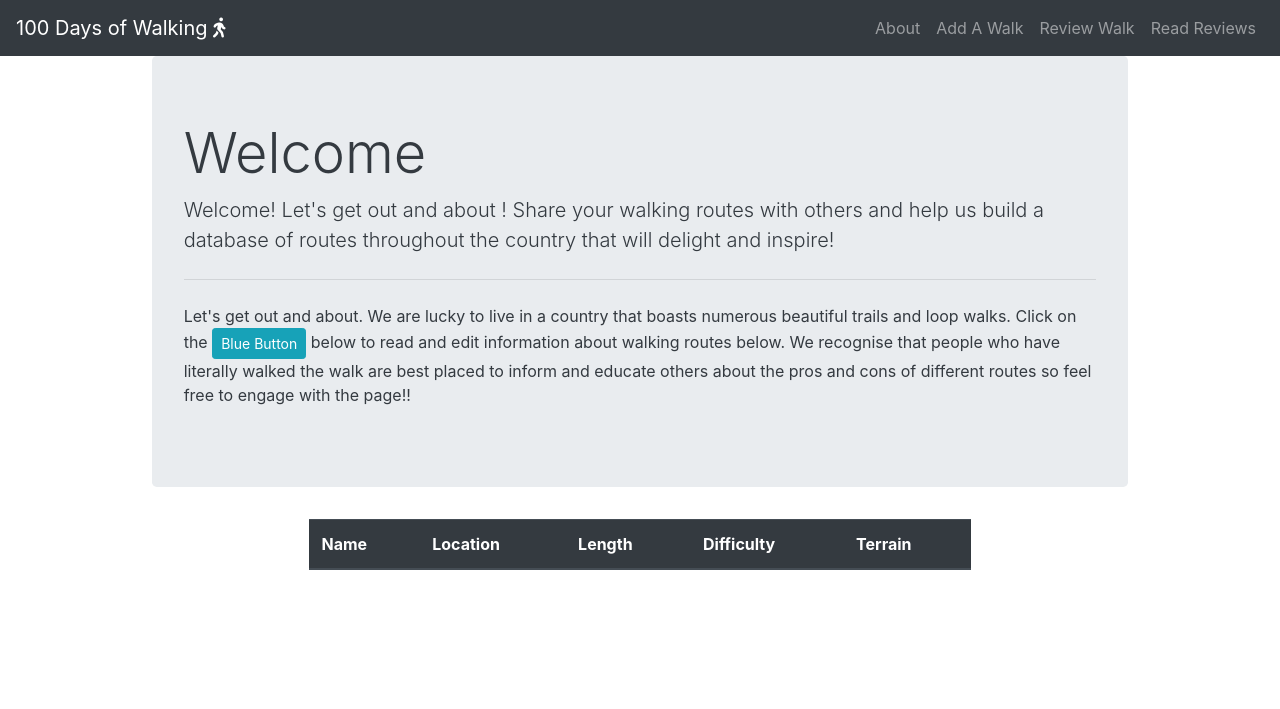
Repository: 5803emma/days-of-walking
Page: http://localhost/
The author's editor kept a record of every edit. The page is drawn from the files as they stood at one moment, then again after the next edit.
The browser window is 1280 px wide. The pictures show the whole page.
Some web libraries are served in a nearby version. The page is served by the project's application, run on Flask 3 (app.py). Queries for data that is not in the repository find no rows.

Above is the page before.

After the next edit:
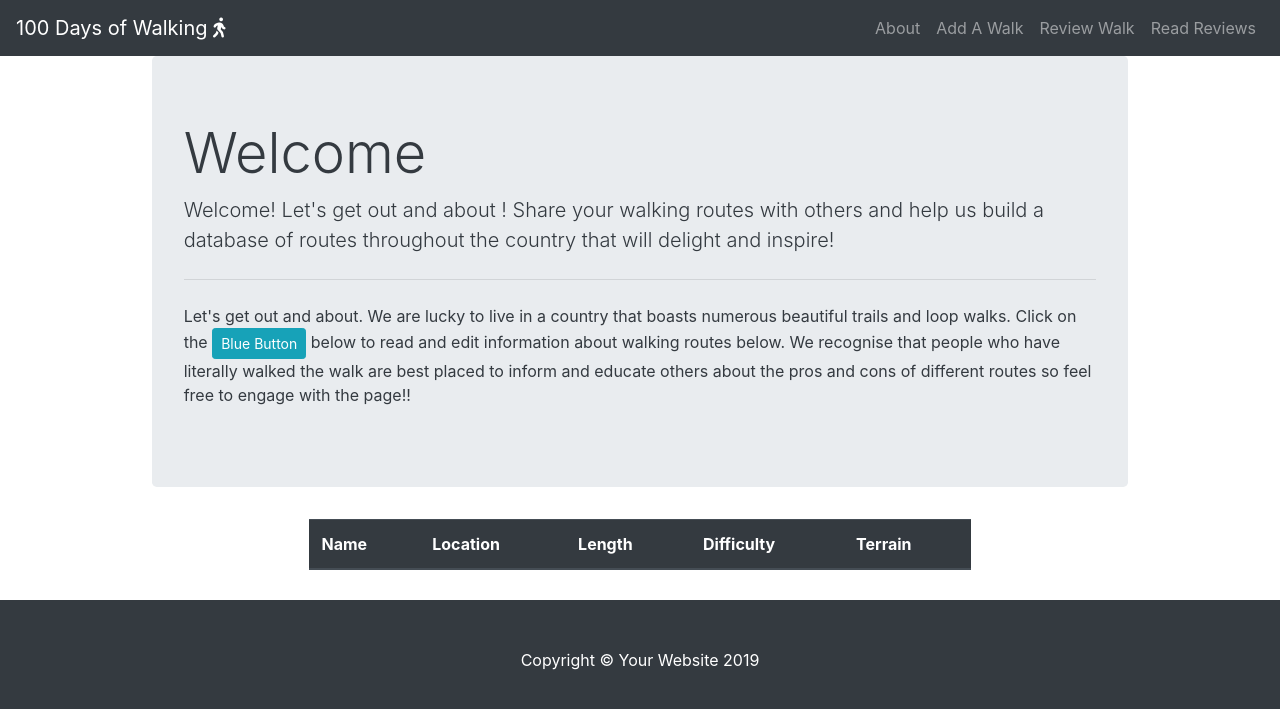
The edit:
--- a/templates/base.html
+++ b/templates/base.html
@@ -35,7 +35,13 @@
 
     {% block content %} {% endblock %}
 
-
+ <!-- Footer -->
+  <footer class="py-5 bg-dark fixed-bottom">
+    <div class="container-fluid">
+      <p class="m-0 text-center text-white">Copyright &copy; Your Website 2019</p>
+    </div>
+    <!-- /.container -->
+  </footer>
 
     <script src="https://code.jquery.com/jquery-3.4.1.slim.min.js"></script>
     <script src="https://cdn.jsdelivr.net/npm/popper.js@1.16.0/dist/umd/popper.min.js"></script>
